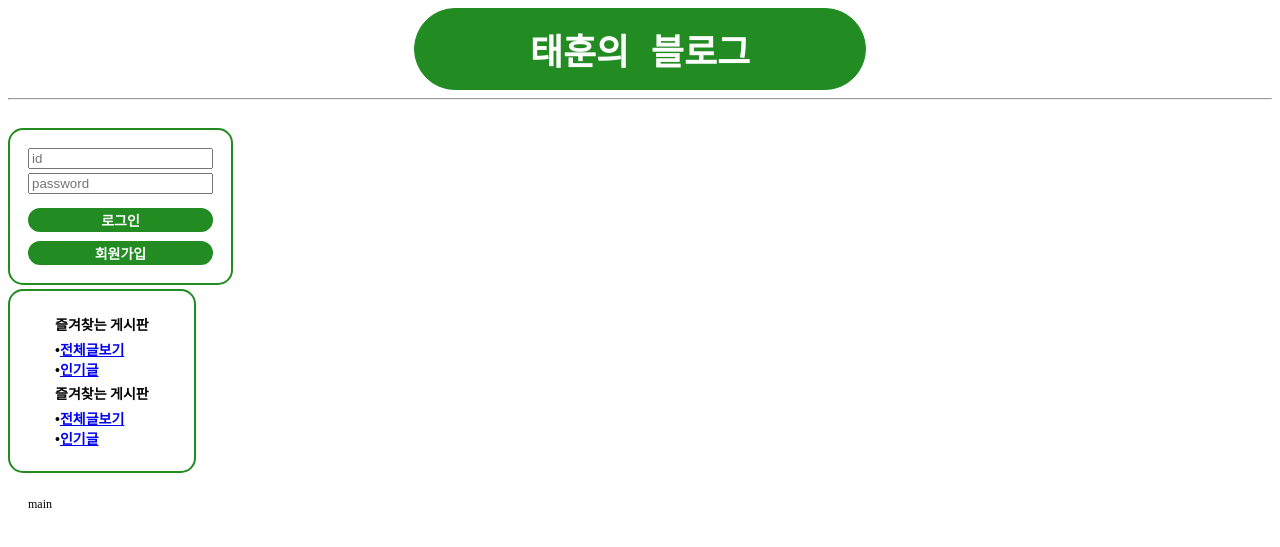
Repository: codelily98/Web
Page: board/src/main/webapp/HTML5/boardmain.html
The author's editor kept a copy of each file at every save. The page is drawn from the files as they stood at one save, then again after the next save.
The browser window is 1280 px wide. The pictures show the whole page.

Above is the page before, as saved 2024-08-13 06:47:53.

After the next save:
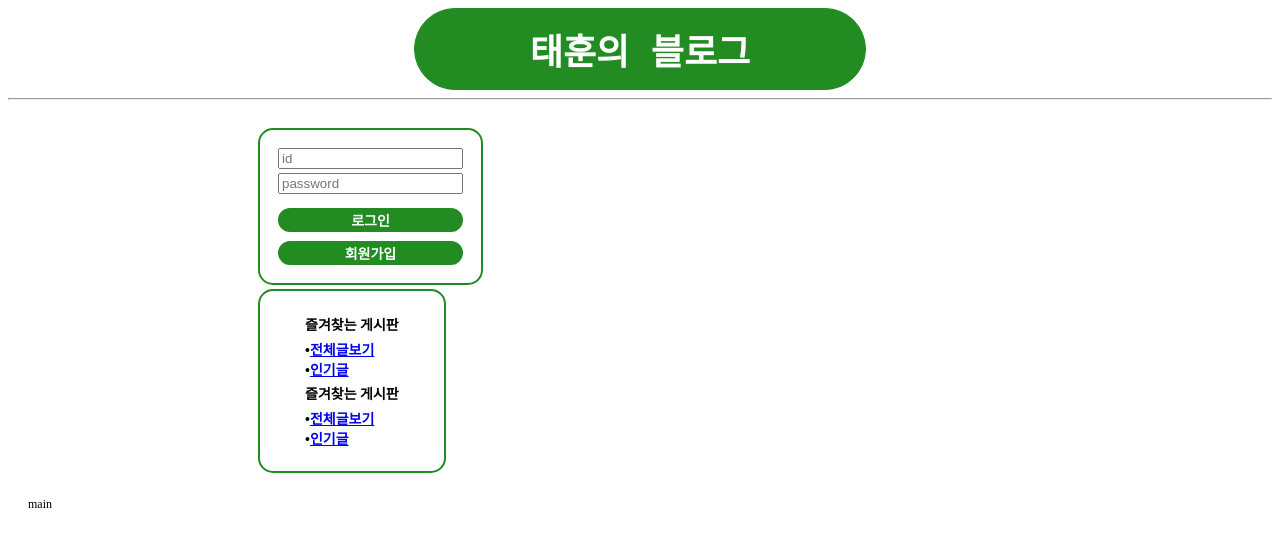
Saved 34 s later.
--- a/board/src/main/webapp/HTML5/boardmain.html
+++ b/board/src/main/webapp/HTML5/boardmain.html
@@ -15,7 +15,7 @@ section {
 }
 nav {
 	margin-top: 20px;
-	margin-right: 250px;
+	margin-left: 250px;
 	width : 15%;
 	height: 70%;
 	float : left;
